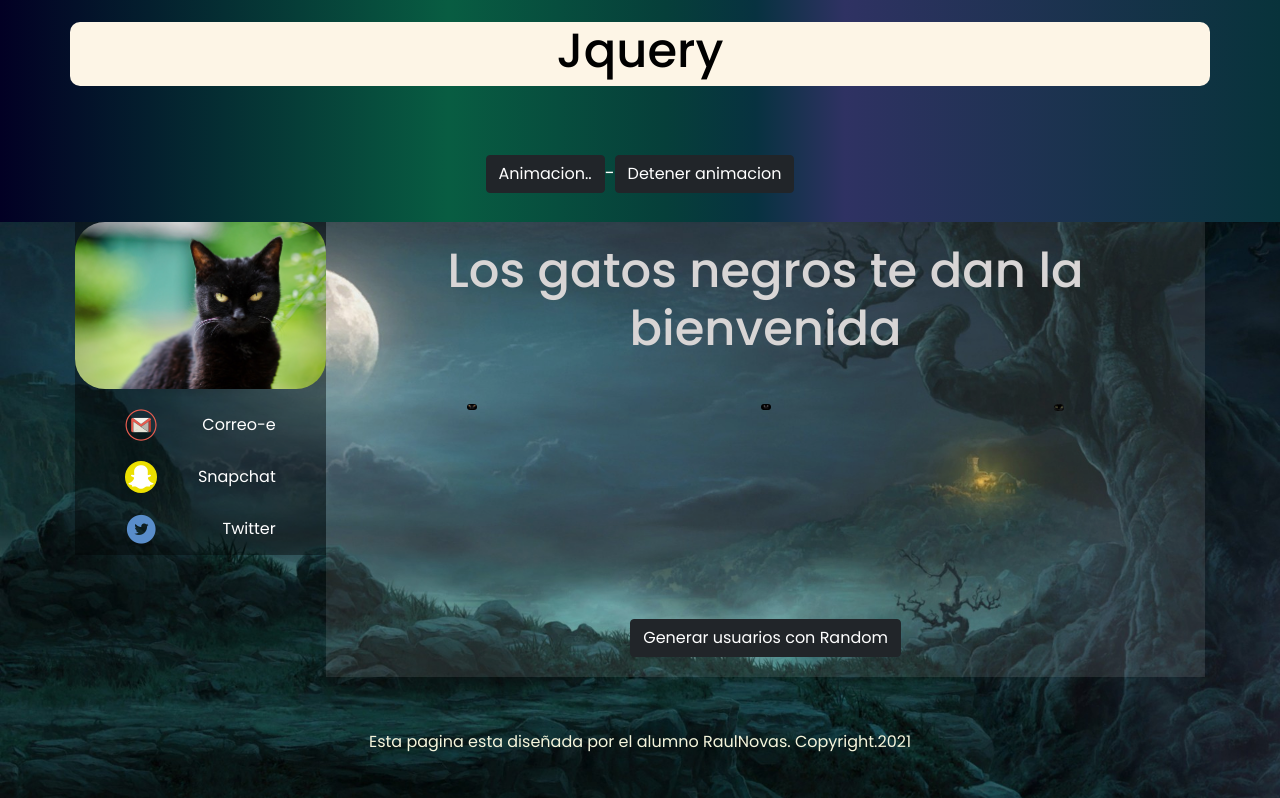
Repository: raul4264/final2
Page: index.html
An editor plug-in stored every save of this project. The page is shown before and after the next save, followed by the edit.
The browser window is 1280 px wide. The pictures show the whole page.

Above is the page before, as saved 2021-07-14 09:07:04.

After the next save:
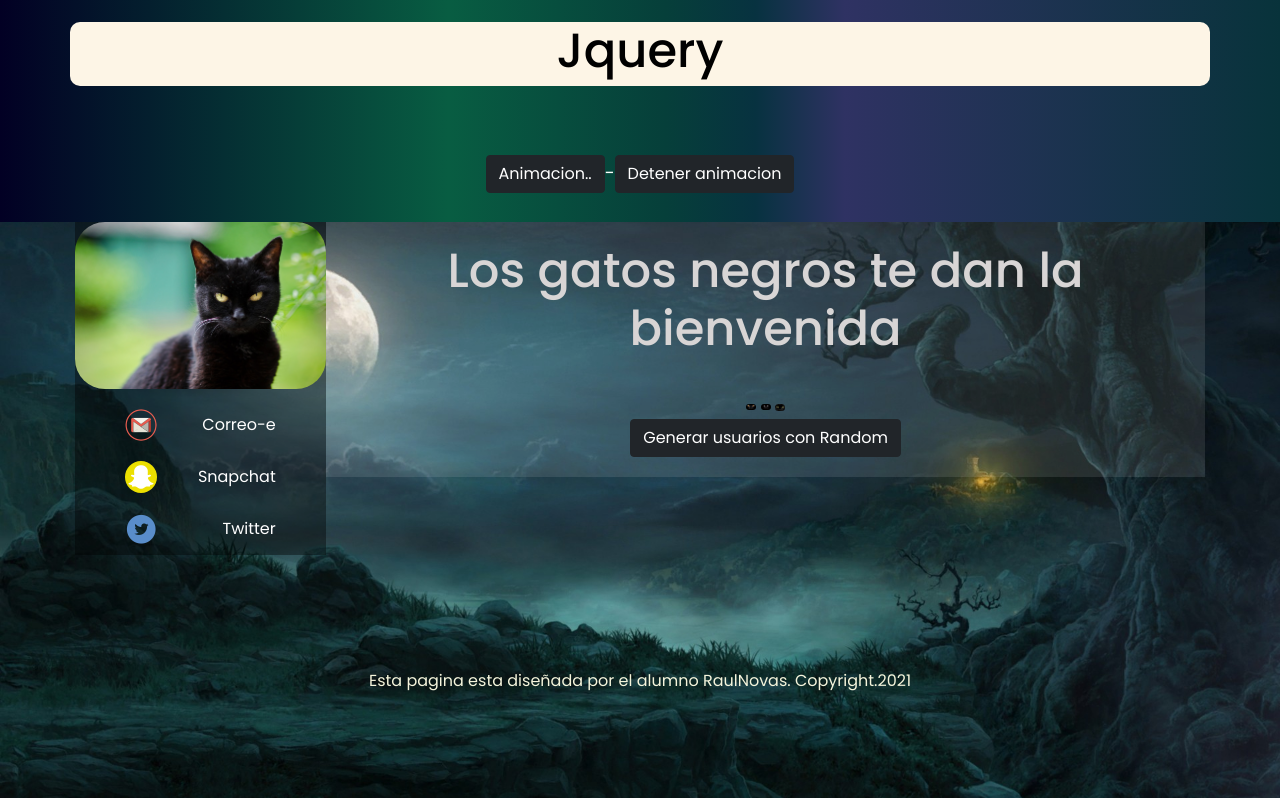
Saved 4 min 4 s later.
--- a/index.html
+++ b/index.html
@@ -134,11 +134,11 @@
 
 
             <!-- Thumbnails -->
-            <ul>
-                <li><img src="/images/cat1.jpg" width="10vw"></li>
-                <li><img src="/images/cat2.jpg" width="10vw" ></li>
-                <li><img src="/images/cat3.jpg" width="10vw" ></li>
-            </ul>
+
+                <img src="/images/cat1.jpg" width="10vw">
+                <img src="/images/cat2.jpg" width="10vw" >
+                <img src="/images/cat3.jpg" width="10vw" >
+
             <br>
             <button type="button" class="btn btn-dark" id="usuarios">Generar usuarios con Random</button>
         </section>
